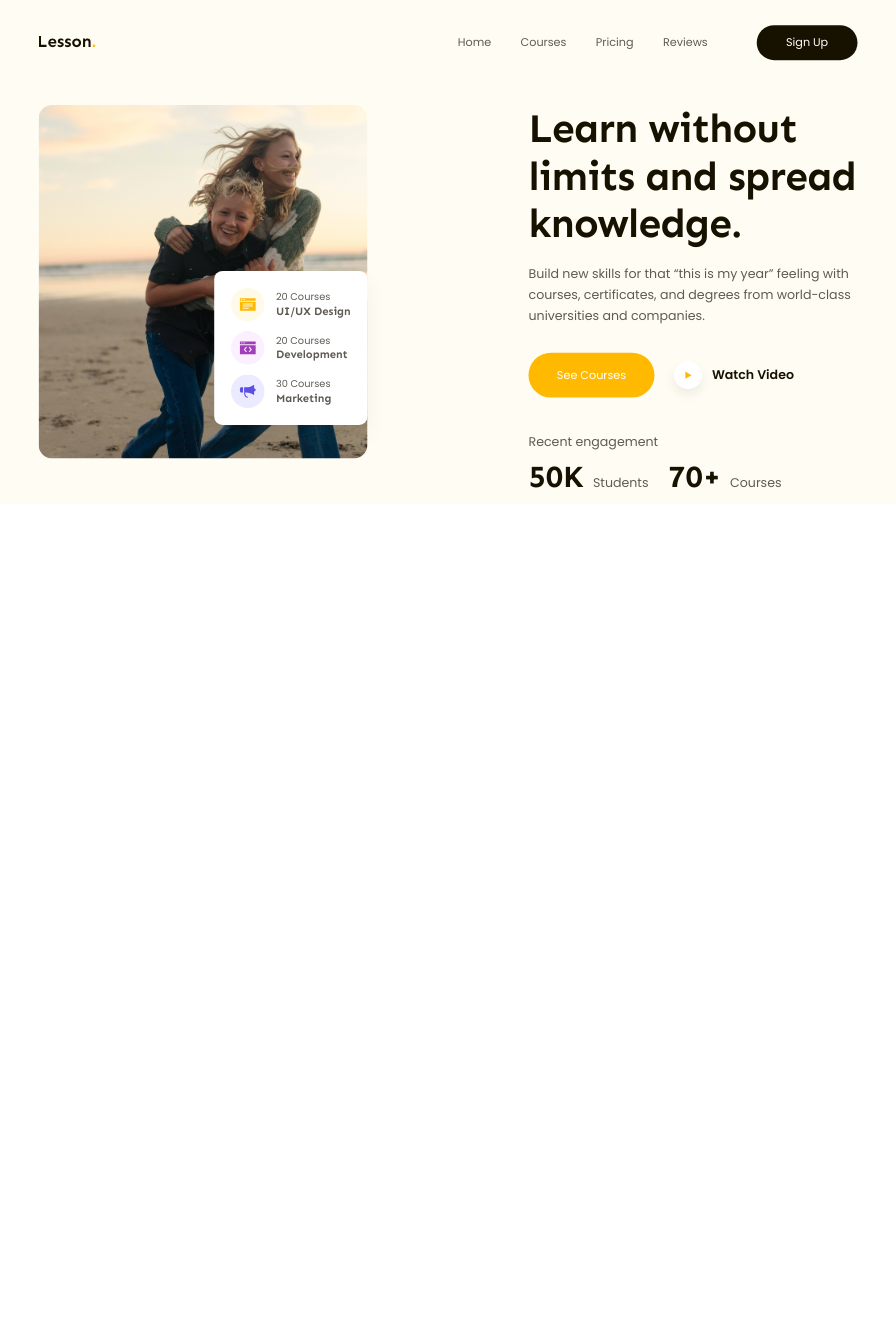
Repository: tinhtranjp/htmlcss-01
Page: index.html
The author's editor kept a copy of each file at every save. The page is drawn from the files as they stood at one save, then again after the next save.
The browser window is 1280 px wide. The pictures show the part of the page from y = 0 to 1920 px (the page is 5000 px tall), at 70% of full size.

Above is the page before, as saved 2023-01-20 02:43:26.

### index.html
<!DOCTYPE html>
<html lang="en">
  <head>
    <meta charset="UTF-8" />
    <meta http-equiv="X-UA-Compatible" content="IE=edge" />
    <meta name="viewport" content="width=device-width, initial-scale=1.0" />
    <title>Project-01</title>
    <link rel="stylesheet" href="./assets/css/reset.css" />
    <link rel="stylesheet" href="./assets/css/base.css" />
    <link rel="stylesheet" href="./assets/css/styles.css" />
    <link rel="preconnect" href="https://fonts.googleapis.com" />
    <link rel="preconnect" href="https://fonts.gstatic.com" crossorigin />
    <link
      href="https://fonts.googleapis.com/css2?family=Poppins:ital,wght@0,400;0,500;0,600;0,700;1,400&family=Sen:wght@700&display=swap"
      rel="stylesheet"
    />
  </head>
  <body>
    <div class="main" style="height: 5000px">
      <!-- Header -->
      <header class="header fixed">
        <div class="content">
          <div class="body">
            <a href=""
              ><img src="./assets/img/Lesson..svg" alt="Lesson." class="logo"
            /></a>

            <nav class="nav">
              <ul class="nav-list">
                <li class="nav-item">
                  <a href="#!">Home</a>
                </li>
                <li class="nav-item">
                  <a href="#!">Courses</a>
                </li>
                <li class="nav-item">
                  <a href="#!">Pricing</a>
                </li>
                <li class="nav-item">
                  <a href="#!">Reviews</a>
                </li>
              </ul>
            </nav>

            <div class="acction">
              <a href="#!" class="btn acction-btn">Sign Up</a>
            </div>
          </div>
        </div>
      </header>

      <!-- Hero -->
      <div class="hero">
        <div class="content">
          <div class="hero-body">
            <div class="hero-img-block">
              <div class="hero-img-wrap">
                <img
                  src="./assets/img/hero-img.jpg"
                  alt="Learn without limits and spread knowledge."
                  class="hero-img"
                />

                <div class="marketing">
                  <div class="group">
                    <img src="./assets/img/Group 17525.svg" alt="" />
                    <div class="info">
                      <p>20 Courses</p>
                      <h2 class="sub-title">UI/UX Design</h2>
                    </div>
                  </div>

                  <div class="group">
                    <img src="./assets/img/Group 17524.svg" alt="" />
                    <div class="info">
                      <p>20 Courses</p>
                      <h2 class="sub-title">Development</h2>
                    </div>
                  </div>

                  <div class="group">
                    <img src="./assets/img/Group 17523.svg" alt="" />
                    <div class="info">
                      <p>30 Courses</p>
                      <h2 class="sub-title">Marketing</h2>
                    </div>
                  </div>
                </div>
              </div>
            </div>

            <div class="hero-info">
              <h1 class="title">Learn without limits and spread knowledge.</h1>
              <p class="desc">
                Build new skills for that “this is my year” feeling with
                courses, certificates, and degrees from world-class universities
                and companies.
              </p>
              <div class="accition-group">
                <a href="#!" class="btn hero-btn">See Courses</a>
                <a href="#!" class="watch-group">
                  <div class="img-wrap">
                    <img src="./assets/img/Polygon 2.svg" alt="" />
                  </div>
                  <h3>Watch Video</h3>
                </a>
              </div>
              <p>Recent engagement</p>
              <div class="qty">
                <strong>50K <span>Students</span></strong>
                <strong>70+ <span>Courses</span></strong>
              </div>
            </div>
          </div>
        </div>
      </div>
    </div>
  </body>
</html>

### assets/css/base.css
* {
  box-sizing: border-box;
}

:root {
  --primary-color: #ffb900;
}

html {
  font-size: 62.5%;
}

body {
  font-size: 1.6rem;
  font-family: "Poppins", sans-serif;
  font-weight: 400;
  color: #5f5b53;
}

.content {
  width: 1170px;
  max-width: calc(100% - 48px);
  margin-left: auto;
  margin-right: auto;
}

h1,
h2 {
  font-family: "Sen", sans-serif;
  font-weight: 700;
}

.text-line2 {
  display: -webkit-box;
  -webkit-line-clamp: 2;
  -webkit-box-orient: vertical;
  overflow: hidden;
}

.text-line2.text-line3 {
  -webkit-line-clamp: 3;
}

a {
  text-decoration: none;
}

.btn {
  display: inline-block;
  min-width: 118px;
  padding: 0 16px;
  height: 50px;
  line-height: 50px;
  text-align: center;
  background: #171100;
  border-radius: 25px;
  color: #fff;
}

.btn:hover {
  cursor: pointer;
  opacity: 0.9;
}

### assets/css/styles.css
/* ========================> Header <======================= */

.header {
  padding-top: 28px;
  background: #fffcf4;
}

.fixed {
  position: sticky;
  left: 0;
  top: -28px;
}

.header .logo:hover {
  cursor: pointer;
}

.header .body {
  display: flex;
  align-items: center;
  padding: 8px 0;
}

.header nav {
  margin-left: auto;
}

.header .nav-list {
  display: flex;
  align-items: center;
}

.header .nav-item > a {
  display: inline-block;
  padding: 8px 21px;
  line-height: 1.75;
  color: #5f5b53;
}

.header .nav-item > a::after {
  content: "";
  display: block;
  width: 0;
  height: 1.2px;
  background: var(--primary-color);
  transition: ease 0.4s;
}

.header .nav-item > a:hover::after {
  width: 100%;
}

.header .acction {
  margin-left: 49px;
}

.acction-btn {
  min-width: 144px;
}

.acction-btn:hover {
  background-color: transparent;
  color: #333;
  background-color: var(--primary-color);
  opacity: 0.7;
  transition: ease-in 0.2s;
}

/* ======================> Hero <==================== */

.hero {
  padding: 56px 0 65px 0;
  height: calc(100vh - 94px);
  background: #fffcf4;
}

.hero-body {
  display: flex;
}

.hero .hero-img-block {
  width: 50%;
}

.hero-img-wrap,
.hero .hero-img-block .hero-img {
  width: 470px;
  height: calc(100vh - 215px);
  object-fit: cover;
  border-radius: 20px;
}

.hero-img-wrap {
  position: relative;
}

.hero-img-block .marketing {
  position: absolute;
  background: #fff;
  padding: 24px;
  border-radius: 12px;
  bottom: 48px;
  right: 0;
  box-shadow: 0px 16px 32px rgba(0, 0, 0, 0.05);
}

.hero-img-block .marketing .group {
  display: flex;
}

.hero-img-block .marketing .group:not(:first-child) {
  margin-top: 14px;
}

.hero-img-block .marketing .info {
  display: flex;
  flex-direction: column;
  margin-left: 16px;
}

.hero-img-block .marketing .info p {
  font-weight: 400;
  font-size: 1.4rem;
  line-height: 1.86;
}

.hero-img-block .marketing .title {
  font-family: "Poppins", sans-serif;
  font-weight: 600;
  line-height: 1.67;
  color: #171100;
}

.hero .hero-info {
  height: 48px;
  width: 50%;
  display: flex;
  justify-content: space-between;
  flex-direction: column;
  margin-left: 230px;
}

.hero-info .title {
  width: 470px;
  font-weight: 700;
  font-size: 5.8rem;
  line-height: 1.17;
  letter-spacing: -0.02em;
  color: #171100;
}

.hero-info .desc {
  font-size: 1.8rem;
  line-height: 1.67;
  width: 470px;
  margin-top: 22px;
}

.hero-info .accition-group {
  margin-top: 38px;
  display: flex;
  align-items: center;
}

.hero-info .watch-group {
  display: flex;
  align-items: center;
}

.hero-btn {
  min-width: 180px;
  height: 64px;
  line-height: 64px;
  background: #ffb900;
  border-radius: 32px;
  transition: ease 0.3s;
}

.hero-btn:hover {
  opacity: 0.8;
}

.img-wrap {
  display: flex;
  align-items: center;
  justify-content: center;
  width: 40px;
  height: 40px;
  background-color: #fff;
  border-radius: 50%;
  margin-left: 28px;
  box-shadow: 0px 8px 16px rgba(0, 0, 0, 0.07);
}

.hero-info .watch-group img {
  width: 12px;
  height: 12px;
}

.hero-info .watch-group h3 {
  font-weight: 600;
  font-size: 1.8rem;
  line-height: 1.67;
  color: #171100;
  margin-left: 14px;
}

.hero-info p:not(.desc) {
  margin-top: 48px;
  font-size: 1.8rem;
  line-height: 1.67;
  color: #5f5b53;
}

.hero-info .qty {
  display: flex;
  margin-top: 8px;
}

.hero-info .qty strong {
  font-family: "Sen";
  font-weight: 700;
  font-size: 4.4rem;
  line-height: 1.23;
  color: #171100;
}

.hero-info .qty span {
  font-weight: 400;
  font-family: "Poppins", sans-serif;
  font-size: 1.8rem;
  line-height: 1.67;
  color: #5f5b53;
}

.hero-info .qty strong:last-child {
  margin-left: 28px;
}

Loaded but not shown: assets/css/reset.css (common file)

After the next save:
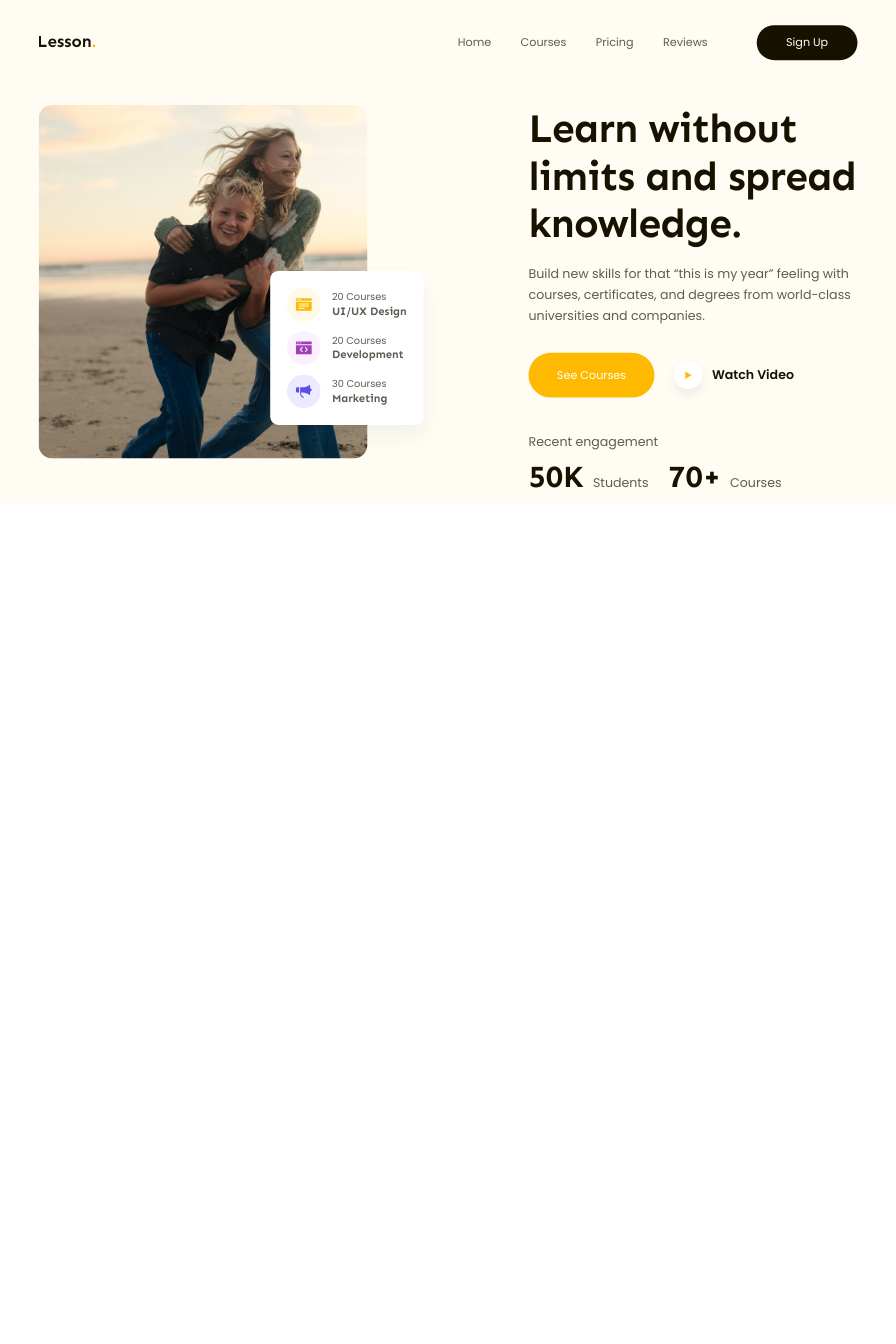
Saved 32 s later.
--- a/assets/css/styles.css
+++ b/assets/css/styles.css
@@ -100,7 +100,7 @@
   padding: 24px;
   border-radius: 12px;
   bottom: 48px;
-  right: 0;
+  right: -80px;
   box-shadow: 0px 16px 32px rgba(0, 0, 0, 0.05);
 }
 
